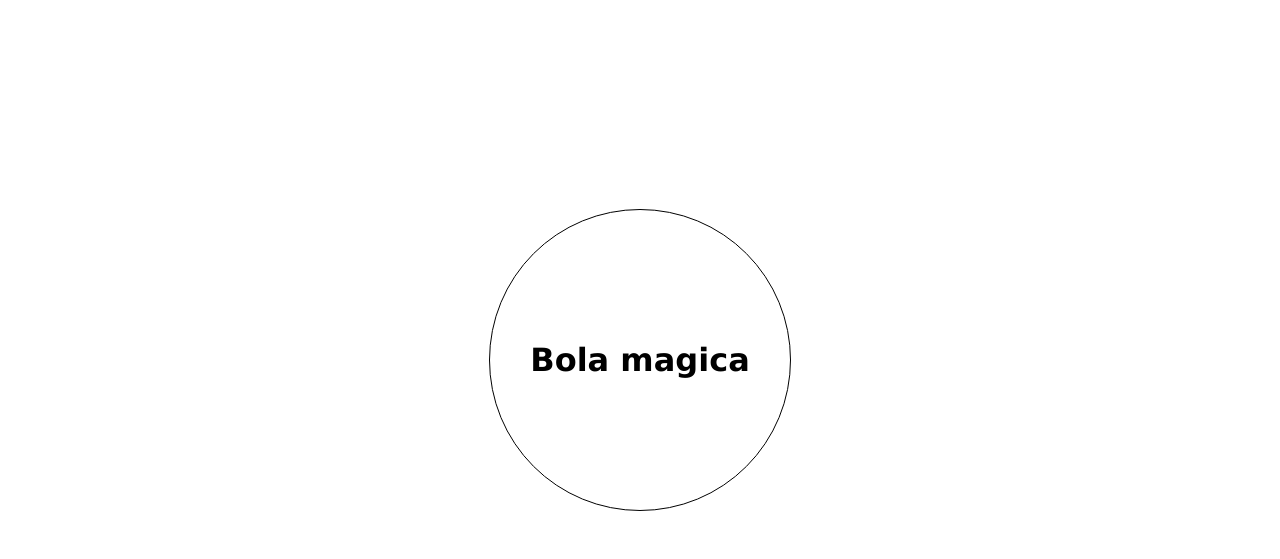
Repository: Kevin8548/FundamentosJS
Page: index.html
The author's editor kept a copy of each file at every save. The page is drawn from the files as they stood at one save, then again after the next save.
The browser window is 1280 px wide. The pictures show the whole page.

Above is the page before, as saved 2024-09-20 09:59:20.

After the next save:
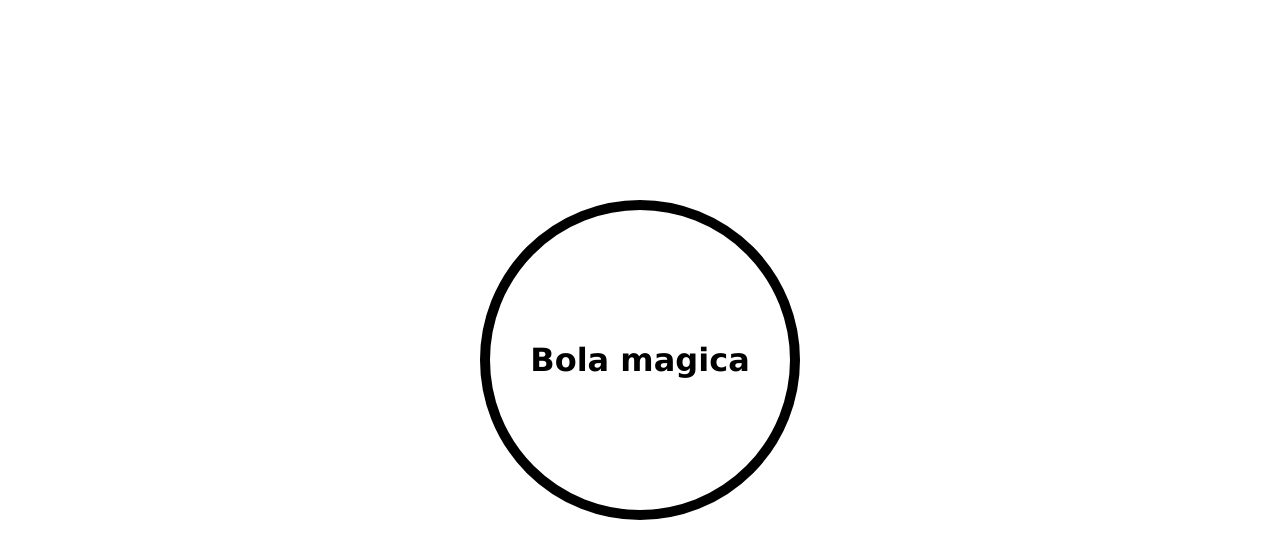
Saved 3 min 26 s later.
--- a/index.html
+++ b/index.html
@@ -18,9 +18,10 @@
             width: 300px;
             height: 300px;
             border-radius:50%;
-            border:1px solid black;
+            border:10px solid black ;
             display: grid;
             place-items: center;
+
         }
     </style>
 </head>
